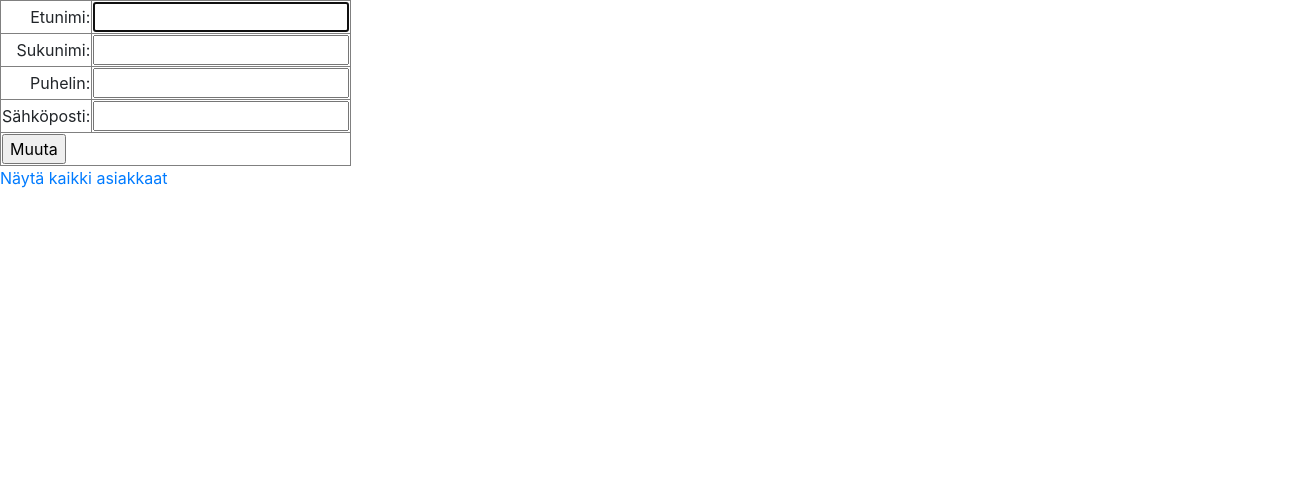
Repository: sarastu5/javaohjelmointi
Page: http://localhost/AsiakkaatWeb/muutaasiakas.jsp
These files come from the project's save history. The page is drawn as it stood at one moment and after the next save; the edit follows.
The browser window is 1280 px wide. The page is 1280 px wide, then 1295 px, so the pictures cover 1295 px, including what lies to the right of the window. The pictures show the whole page.
Some web libraries are served in a nearby version. The page is served by Tomcat 9. The session is filled in as if someone had signed in: {"kayttaja": 1}.

Above is the page before, as saved 2018-05-04 18:53:17.

After the next save:
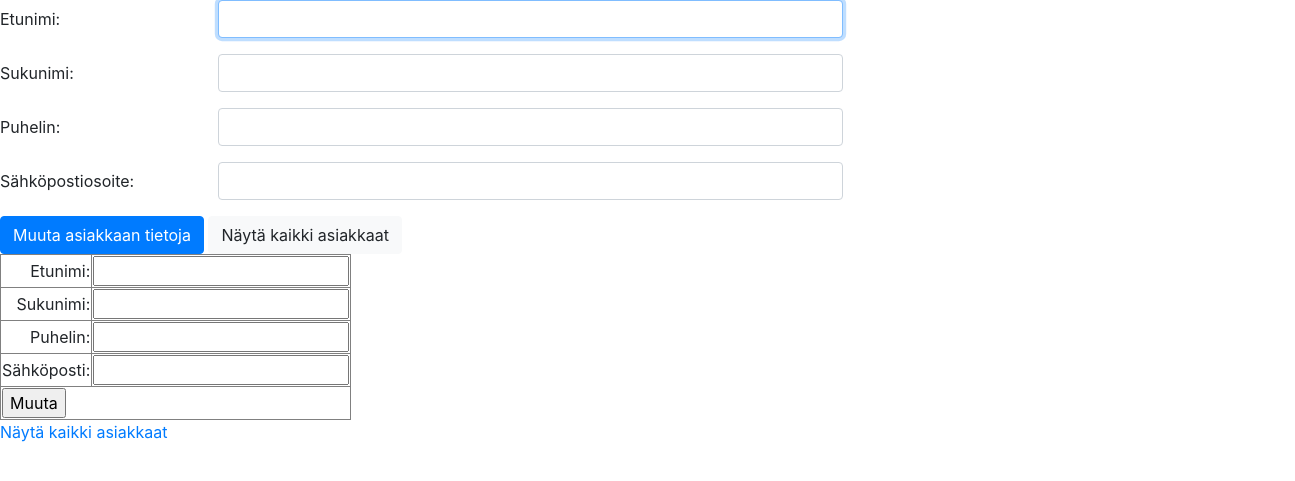
Saved 109 s later.
--- a/Java EE/AsiakkaatWeb/WebContent/muutaasiakas.jsp
+++ b/Java EE/AsiakkaatWeb/WebContent/muutaasiakas.jsp
@@ -38,6 +38,32 @@ if(request.getParameter("sposti")!= null){
 
 <body>
 	<form action="MuutaAsiakas" method="post">
+		<div class="form-group row">
+		   		<label for="etunimi" class="col-sm-2 col-form-label">Etunimi:</label>
+		    	<div class="col-sm-6">
+		      		<input type="text" class="form-control" name="etunimi" id="etunimi">
+		    	</div>
+	  		</div>
+	  		<div class="form-group row">
+		   		<label for="sukunimi" class="col-sm-2 col-form-label">Sukunimi:</label>
+		    	<div class="col-sm-6">
+		      		<input type="text" class="form-control" name="sukunimi" id="sukunimi">
+		    	</div>
+	  		</div>
+	  		<div class="form-group row">
+		   		<label for="puhelin" class="col-sm-2 col-form-label">Puhelin:</label>
+		    	<div class="col-sm-6">
+		      		<input type="text" class="form-control" name="puhelin" id="puhelin">
+		    	</div>
+	  		</div>
+	  		<div class="form-group row">
+		   		<label for="sposti" class="col-sm-2 col-form-label">Sähköpostiosoite:</label>
+		    	<div class="col-sm-6">
+		      		<input type="text" class="form-control" name="sposti" id="sposti">
+		    	</div>
+	  		</div>
+	  		<button type="submit" class="btn btn-primary" value="lisää">Muuta asiakkaan tietoja</button>
+	  		<a href="haeasiakkaat.jsp"><button type="button" class="btn btn-light">Näytä kaikki asiakkaat</button></a>
 		<table border="1">
 			<tr>
 				<td align="right">Etunimi:</td>
